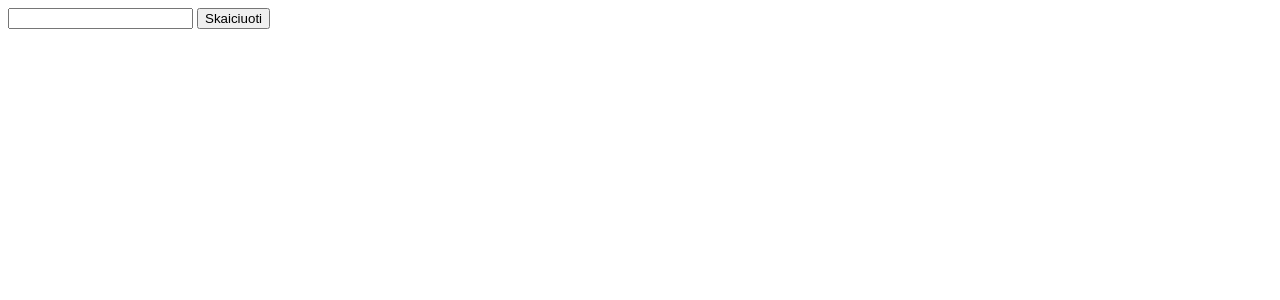
Repository: motiejus1/04-paskaita-PHP-05.31
Page: http://localhost/skaiciuotuvas.php
These files come from the project's save history. The page is drawn as it stood at one moment and after a run of saves; the edit follows.
The browser window is 1280 px wide. The pictures show the whole page.
The page is run by PHP 8.4 with error messages shown; the project is at /var/www/html/.

Above is the page before, as saved 2021-07-28 20:45:35.

After the next 4 saves:
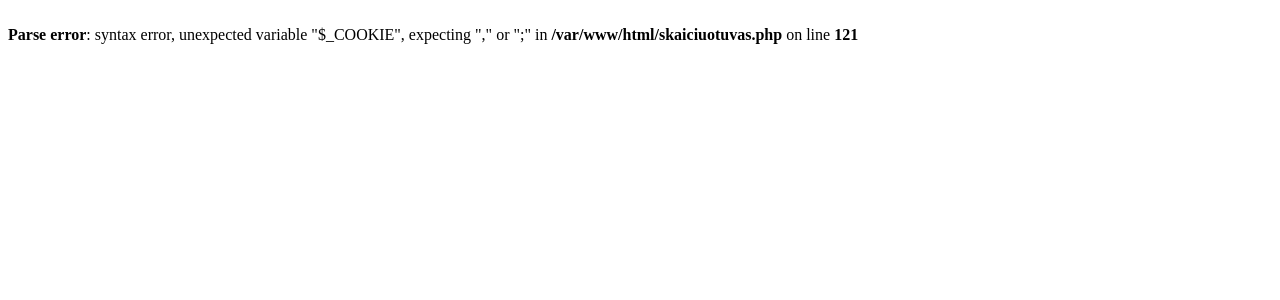
The 4 saves are shown as one change because they came seconds apart.
The last was saved 11 s later.
--- a/skaiciuotuvas.php
+++ b/skaiciuotuvas.php
@@ -116,7 +116,8 @@
 
             //Nezinome kaip ji isvesti
 
-            echo
+            echo "<div>";
+            echo ""
             $_COOKIE["aritmetika"];
             $_COOKIE["rezultatas"];
 

After the 4 saves that followed:
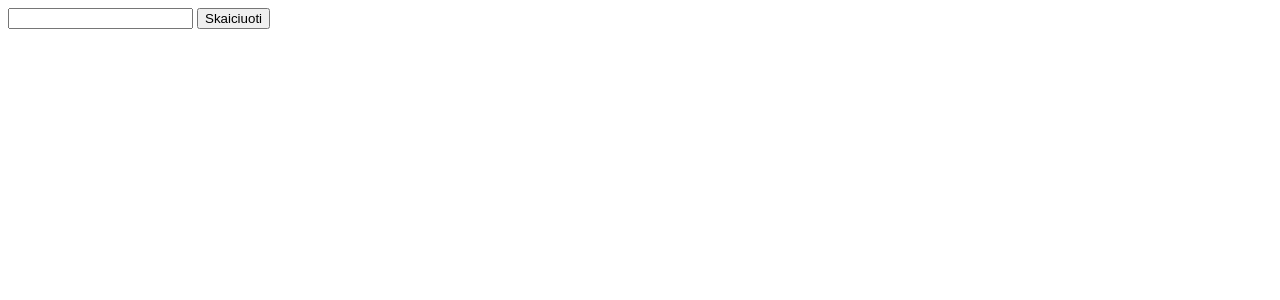
The 4 saves are shown as one change because they came seconds apart.
The last was saved 11 s later.
--- a/skaiciuotuvas.php
+++ b/skaiciuotuvas.php
@@ -117,7 +117,7 @@
             //Nezinome kaip ji isvesti
 
             echo "<div>";
-            echo ""
+            echo "Skaiciai is laikinosios atminties:<br>";
             $_COOKIE["aritmetika"];
             $_COOKIE["rezultatas"];
 
